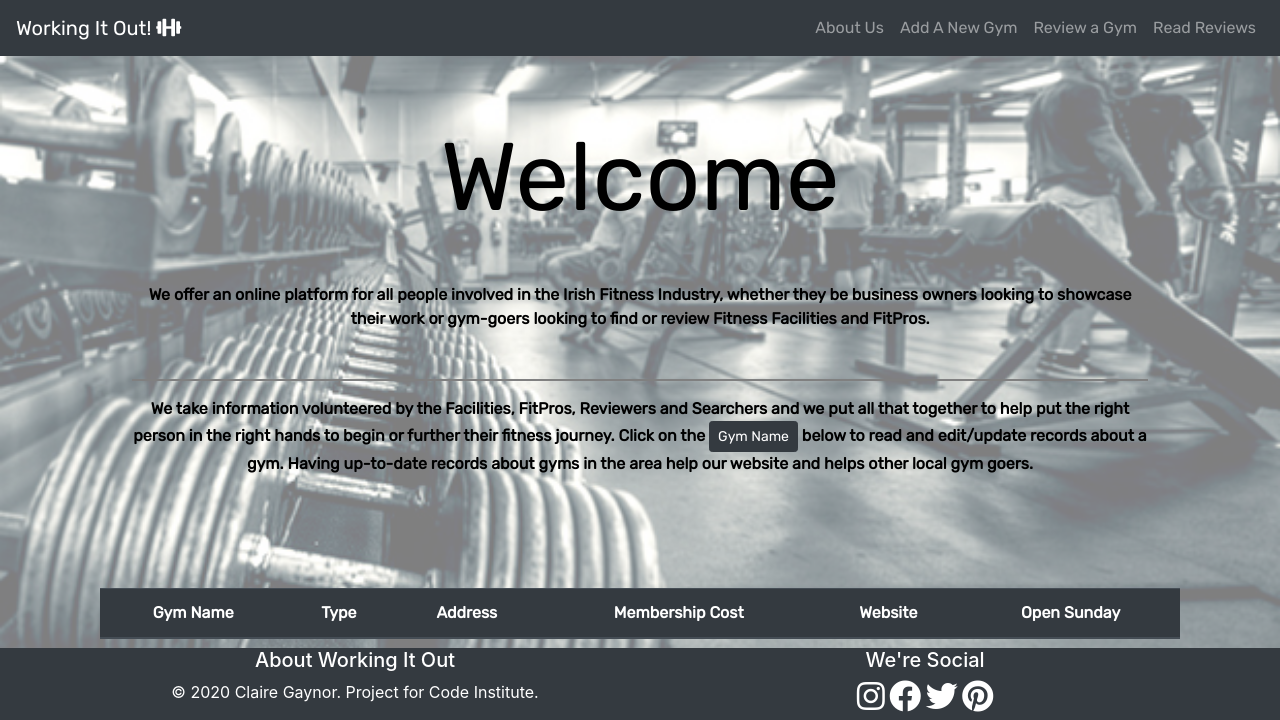
Repository: cgaynor91/Working_It_Out
Page: http://localhost/
The author's editor kept a record of every edit. The page is drawn from the files as they stood at one moment, then again after the next edit.
The browser window is 1280 px wide. The pictures show the whole page.
Some web libraries are served in a nearby version. The page is served by the project's application, run on Flask 3 (app.py). Queries for data that is not in the repository find no rows.

Above is the page before.

After the next edit:
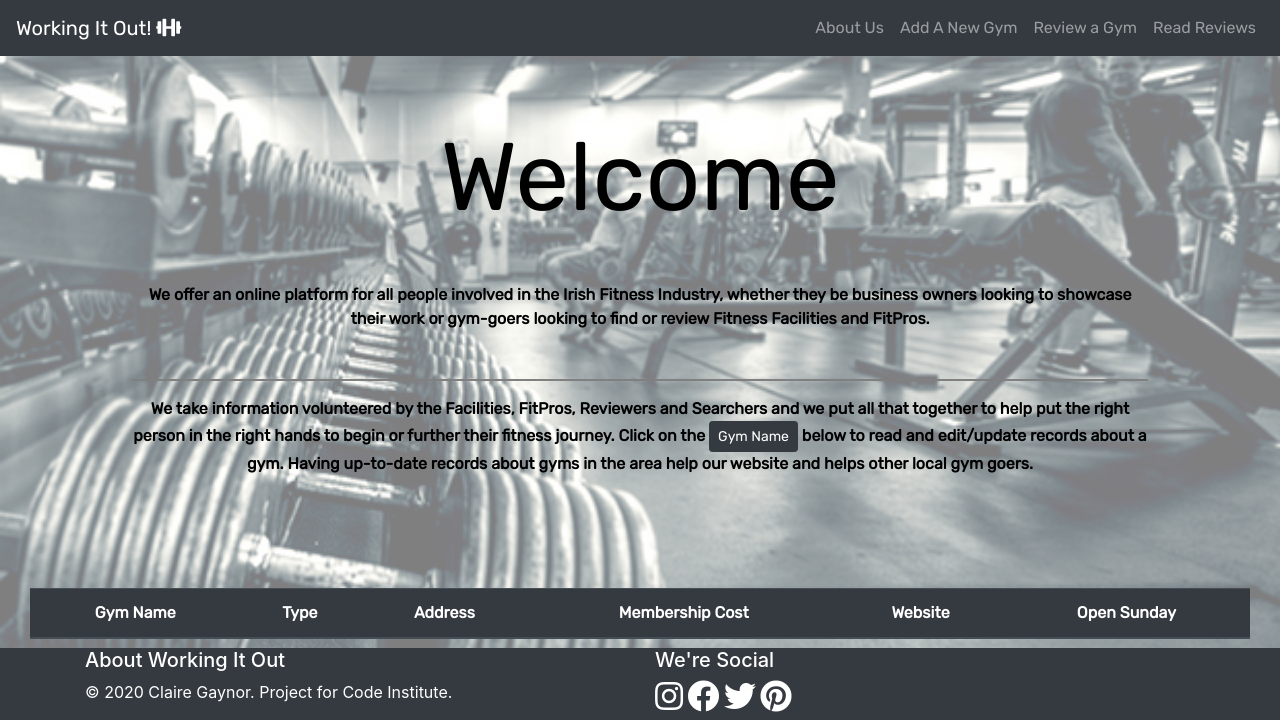
The edit:
--- a/templates/home.html
+++ b/templates/home.html
@@ -16,7 +16,7 @@
 
  <!-- Table of gym Data -->
 
- <div class="container">
+
   <div class="col-12 col-md-8 table-responsive table-data">
    <table class="table table-hover">
     <thead class="thead-dark">
